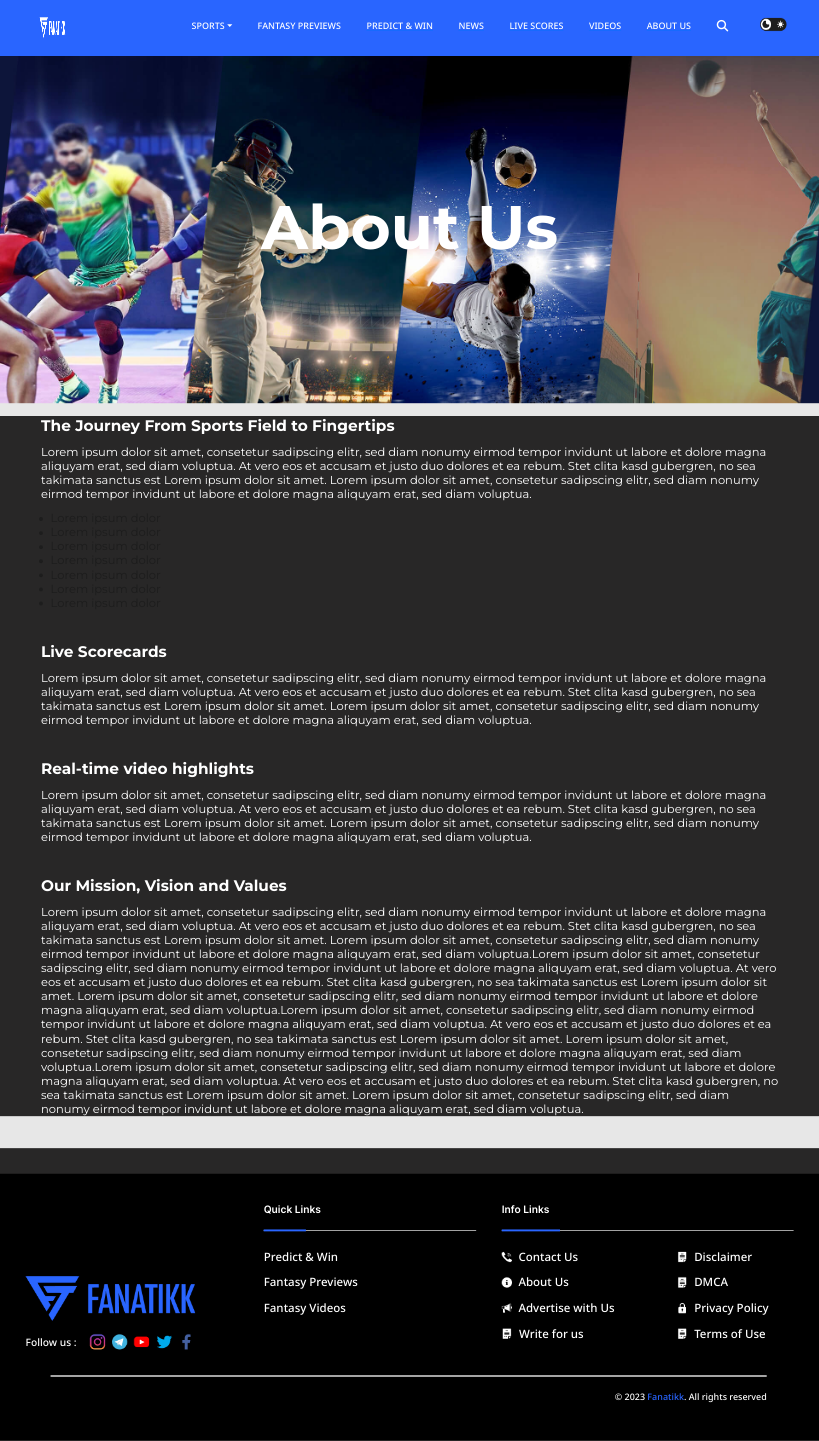
Repository: FlyweisReact/Kannapa
Page: /AboutUs
The author's editor kept a copy of each file at every save. The page is drawn from the files as they stood at one save, then again after a run of saves.
The browser window is 1280 px wide. The pictures show the whole page, at 64% of full size.
Some web libraries are served in a nearby version. The project was rebuilt for these pictures with package versions that can differ from the ones it lists, and the page was loaded fresh each time. Also part of the build but not shown: src/Components/secondScreen.jsx, src/Components/Layout/FadingNav/FadingCategory.js, src/Components/Modal/LoginModal.js, src/Components/Modal/SignupModal.js, src/Components/Layout/FadingNav/FadingNav.js, src/Components/Layout/FadingNav/Header1.js, src/Components/Sliders/Blog-Slider.js, src/Components/Sliders/ScoreCard.js and 16 more.

Above is the page before, as saved 2023-06-19 17:48:45.

### public/index.html
<!-- @format -->

<!DOCTYPE html>
<html lang="en">
  <head>
    <meta charset="utf-8" />
    <link rel="icon" href="%PUBLIC_URL%/favicon.ico" />

    <meta
      name="viewport"
      content="user-scalable=no, width=device-width, initial-scale=1.0"
    />
    <meta name="apple-mobile-web-app-capable" content="yes" />

    <meta name="theme-color" content="#000000" />
    <meta
      name="description"
      content="Web site created using create-react-app"
    />
    <link rel="apple-touch-icon" href="%PUBLIC_URL%/logo192.png" />

    <link rel="manifest" href="%PUBLIC_URL%/manifest.json" />
    <link
      href="https://fonts.googleapis.com/css2?family=Roboto+Mono:ital,wght@1,300&display=swap"
      rel="stylesheet"
    />
    <title>FANATIKK</title>
  </head>
  <body>
    <noscript>You need to enable JavaScript to run this app.</noscript>
    <div id="root"></div>
    <script src="https://code.jquery.com/jquery-3.6.0.min.js"></script>
    <script
      src="https://kit.fontawesome.com/b533b351e4.js"
      crossorigin="anonymous"
    ></script>
  </body>
</html>

### src/index.css
/* Fonts */
@font-face {
  font-family:  Noto Sans;
  src: url(../Fonts/NotoSans-Medium.ttf);
}
@font-face {
  font-family:  Montserrat;
  src: url(../Fonts/Montserrat-Italic-VariableFont_wght.ttf);
}
@font-face {
  font-family:  MontserratNormal;
  src: url(../Fonts/Montserrat-VariableFont_wght.ttf);
}
@font-face {
  font-family:  Inter;
  src: url(../Fonts/Inter-VariableFont_slnt\,wght.ttf);
}
@font-face {
  font-family:  CalgaryDemo;
  src: url(../Fonts/CalgaryDemo/Calgary_DEMO.ttf);
}

/* Var() */
:root {
  --mediumFont: 24px;

}



body {
  font-family: Noto Sans;
  scroll-behavior: smooth;
  overflow-x: hidden !important;
  width: 100%;
  max-width: 100%;
  position: relative;
  background-color: #e7e7e7;
}

html{
  font-family: Noto Sans;
  scroll-behavior: smooth;
}






/* Dark Mode */
.dark-mode {
  background-color:#282727 !important;
  color: #fff !important;
}
.dark-mode tbody tr td{
  background-color:#282727 !important;
  color: #fff !important;
}

.dark-mode .DropDown{
  color: #fff !important;
}
.dark-mode .Left_Container .Item p{
  color: #fff !important;
}
.dark-mode .Main_Item .desc{
  color: #fff !important;
}
.dark-mode .Main_Item .Video_Slider_Dark_P{
  color: #fff ;
}
.dark-mode  .Pagination_Div_Dark_P{
  background-color: #2E2D30 ;
  color: #fff ;
}
.dark-mode .Fantasy_Dark_Select{
  background-color: #1D1D1D;
  color: rgba(255, 255, 255, 0.5)!important;
}
.dark-mode .Left_Comp .date{
  color: #fff  !important;
}
.dark-mode .Left_Comp .desc{
  color: #fff  !important;
}
.dark-mode .Left_Comp .head{
  color: #fff  !important;
}
.dark-mode .Left_Comp .two p{
  color: #fff  !important;
}
.dark-mode   .Item .date{
  color: #fff  !important;
}
.dark-mode   .Item .desc{
  color: #fff  !important;
}
.dark-mode   .Item .head{
  color: #fff  !important;
}
.dark-mode   .Item .two p{
  color: #fff  !important;
}
.dark-mode .Third5_Dark_p{
  color: #fff !important;
}

.dark-mode .third6itm{
  background-color: #282727 !important;
}
.dark-mode .third6itm h4{
  color: #fff !important;
}
.dark-mode .third6itm p{
  color: #fff !important;
}
.dark-mode .third6itm h5{
  color: #fff !important;
}
.dark-mode .third6itm button{
  color: #000 !important;
  background-color: #fff !important;
}
.dark-mode .third10 h4{
  color: #fff  !important;
}
.dark-mode .third10 p{
  color: #fff  !important;
}
.dark-mode .Merge_In .third15 h4{
  color: #fff  !important;
}
.dark-mode .Merge_In .third15 p{
  color: #fff  !important;
}
.dark-mode .Live_Score_Two_Sec .Left_Comp p{
  color: #fff !important;
}
.dark-mode .Live_Score_Two_Sec .Left_Comp button{
  background-color: transparent ;
}
.dark-mode .Live_Score_Two_Sec .Left_Comp .Two_Sec_Div .Item{
  background-color: transparent ;
}
.dark-mode .Live_Score_Two_Sec .Left_Comp .Two_Sec {
  border-bottom: 1px solid #fff;
}

.dark-mode .AboutUs_Content p{
  color: #fff !important;
}

### src/CSS/Navbar.css
/**
 * === navbar styling ====
 *
 * @format
 */
.Stick-navbar {
  height: 100%;
  transition: box-shadow 0.3s ease;
  height: 80px;
}
.Navbar {
  display: flex;
  justify-content: space-between;
  background: #2965ff;
  padding: 20px;
  width: 100%;
  gap: 20px;
  position: fixed;
  top: 0;
  z-index: 999;
  transition: box-shadow 0.3s ease;
  align-items: center;
  box-sizing: border-box;
}
.Navbar .Right_Container .fa-bars {
  display: none;
}
.Navbar .Left_Container {
  width: 30%;
}
.Navbar .Left_Container .Logo_Div {
  display: flex;
  gap: 10px;
  justify-content: center;
  align-items: center;
  cursor: pointer;
}
.Navbar .Left_Container .Logo_Div p {
  color: #fff;
  font-size: var(--mediumFont);
  margin: 0;
  cursor: pointer;
}


.Navbar .Right_Container {
  width: 70%;
  display: flex;
  justify-content: center;
  gap: 40px;
}
.Navbar .Right_Container .Item {
  display: flex;
  justify-content: baseline;
}
.Navbar .Right_Container .Item a {
  text-decoration: none;
}
.Navbar .Right_Container .Item p {
  font-size: 16px;
  cursor: pointer;
  color: #ffffff;
  padding-top: 2px;
  font-family: Noto Sans;
  font-weight: 500;
}

.Navbar .Right_Container .Item .DropDown {
  border: none;
  color: #fff;
  font-size: 17px;
  cursor: pointer;
  color: #ffffff;
  margin: 0;
  padding: 0;
  font-weight: 500;
  font-family: Noto Sans;
}
.Navbar .Right_Container .Item .fa-magnifying-glass {
  color: #fff;
  font-size: 18px;
  cursor: pointer;
  padding-top: 7px;
}
.Navbar .Right_Container .Item .Toggle {
  width: 55px;
  height: 21px;
  display: flex;
  justify-content: space-between;
  align-items: center;
  padding-left: 5px;
  padding-right: 5px;
  border-radius: 10px;
  background-color: #fff;
  border: 1px solid #fff;
  cursor: pointer;
  align-items: center;
  margin-top: 8px;
}

/* Header 2 */
.Header1 {
  background-image: url("../../public/Images/22.png");
  color: #ffffff;
  width: 100%;
  background-repeat: no-repeat;
  background-size: cover;
  height: 119px;
  padding: 20px;
}
.Header1 .Main {
  display: flex;
  align-items: center;
  justify-content: center;
  gap: 30px;
}
.Header1 .Main p {
  margin: 0;
}
.Header1 .Main .Head {
  font-family: MontserratNormal;
  font-weight: 600;
  font-size: 17px;
  color: #ffffff;
}
.Header1 .Main .logo {
  cursor: pointer;
}

.Header1 .Main .Two {
  display: flex;
  gap: 10px;
  margin-top: 10px;
  align-items: center;
}
.Header1 .Main .Two p {
  font-family: MontserratNormal;
  font-style: normal;
  font-weight: 400;
  font-size: 17px;
  line-height: 17px;
  color: #ffffff;
}
.Header1 .Main .Social {
  display: flex;
  gap: 10px;
  align-items: center;
}

/* Fading Navbar */

.Fading_Nav {
  display: flex;
  justify-content: space-between;
  background: #2965ff;
  padding: 30px;
  width: 100%;
  gap: 20px;
  align-items: center;
  padding-left: 5%;
  padding-right: 5%;
}

.Fading_Nav .Left_Container {
  width: 30%;
}
.Fading_Nav .Left_Container .Logo_Div {
  display: flex;
  gap: 10px;
  justify-content: flex-start;
  align-items: center;
  cursor: pointer;
}
.Fading_Nav .Left_Container .Logo_Div p {
  color: #fff;
  font-size: var(--mediumFont);
  margin: 0;
}
/* .Fading_Nav .Left_Container .Logo_Div img {
  width: 47.73px;
  height: 40px;
} */

.Fading_Nav .Right_Container {
  width: 70%;
  display: flex;
  justify-content: flex-end;
  gap: 20px;
  align-items: center;
}
.Fading_Nav .Right_Container button {
  font-family: MontserratNormal;
  font-style: normal;
  font-weight: 600;
  width: 83px;
  height: 37px;
  border-radius: 10px;
  font-size: 15px;
  line-height: 19px;
  color: #2965ff;
  background-color: #fff;
  border: 1px solid #fff;
  cursor: pointer;
}
.Fading_Nav .Right_Container .Toggle {
  width: 51.43px;
  height: 19.03px;
  display: flex;
  justify-content: space-between;
  align-items: center;
  padding-left: 5px;
  padding-right: 5px;
}

/* Fading Category */
.Fading_Category {
  display: flex;
  justify-content: space-between;
  padding: 20px;
  background-color: #fff;
  padding-left: 5%;
  padding-right: 5%;
  color: #000;
}
.Fading_Category .Left_Container {
  display: flex;
  justify-content: space-between;
  width: 60%;
}

.Fading_Category .Left_Container .Item {
  display: flex;
  justify-content: baseline;
}
.Fading_Category .Left_Container a {
  text-decoration: none;
}

.Fading_Category .Left_Container .Item p {
  font-size: 16px;
  cursor: pointer;
  color: #000;
  padding-top: 2px;
  font-family: Noto Sans;
  font-style: normal;
  font-weight: 700;
}

.Fading_Category .Left_Container .Item .DropDown {
  border: none;
  font-size: 17px;
  cursor: pointer;
  color: #000;
  margin: 0;
  padding: 0;
  border: none;
  font-family: Noto Sans;
  font-style: normal;
  font-weight: 700;
}

.Fading_Category .Right_Container i {
  font-size: 20px;
  padding-top: 7px;
  cursor: pointer;
}

/* Fading Effect */
.HomePage {
  min-height: 200vh;
}
.fade-out {
  opacity: 0;
  transition: opacity 0.5s;
  height: 0;
  overflow: hidden;
}
.fade-in {
  opacity: 1;
  transition: opacity 0.5s;
  height: auto;
  overflow: hidden;
  width: 100%;
}

.DropDown_Item {
  color: #fff !important ;
}
.DropDown_Item:hover {
  background-color: transparent !important;
}

/* ------------ */
.Fading_Nav .Right_Container .fa-bars {
  display: none;
}

/* Mobile Bar */
.Mobile_Bar {
  background-color: #2965ff !important;
  color: #fff !important;
}
.Mobile_Bar .offcanvas-body .Close_Button {
  color: #fff !important;
  display: flex;
  justify-content: flex-end;
}
.Mobile_Bar .offcanvas-body .Close_Button i {
  cursor: pointer;
  font-size: 20px;
}
.Mobile_Bar .offcanvas-body .Item {
  display: block;
  margin-top: 20px;
}
.Mobile_Bar .offcanvas-body .Item a {
  text-decoration: none;
}
.Mobile_Bar .offcanvas-body .Item p {
  font-size: 16px;
  cursor: pointer;
  color: #fff;
}

.Mobile_Bar .offcanvas-body .Item .DropDown {
  border: none;
  color: #fff;
  font-size: 16px;
  cursor: pointer;
  color: #ffffff;
  margin: 0;
  padding: 0;
}
.Mobile_Bar .offcanvas-body .Item .fa-magnifying-glass {
  color: #fff;
  font-size: 18px;
  cursor: pointer;
  padding-top: 7px;
}
.Mobile_Bar .offcanvas-body .Item .Toggle {
  width: 60px;
  height: 25px;
  display: flex;
  justify-content: space-between;
  align-items: center;
  padding-left: 5px;
  padding-right: 5px;
  border-radius: 10px;
  background-color: #fff;
  border: 1px solid #fff;
  cursor: pointer;
  align-items: center;
  margin-top: 8px;
}
.Mobile_Bar .offcanvas-body .LoginBtn {
  font-family: MontserratNormal;
  font-style: normal;
  font-weight: 600;
  width: 100%;
  margin-top: 20px;
  height: 37px;
  border-radius: 10px;
  font-size: 15px;
  line-height: 19px;
  color: #2965ff;
  background-color: #fff;
  border: 1px solid #fff;
  cursor: pointer;
}

.Toggle_Image {
  width: 51px;
  height: 21px;
  margin-top: 8px;
  cursor: pointer;
}

### src/CSS/Footer.css
/** @format */

.Footer {
  background-color: #000000;
  color: #fff;
  padding: 20px;
  padding-bottom: 40px;
}
.Footer .Upper_Footer {
  display: flex;
  align-items: flex-start;
  justify-content: space-evenly;
}
.Footer .Upper_Footer .Left_Comp {
  width: 20%;
  padding: 20px;
  align-self: flex-end;
}
.Footer .Upper_Footer .Mid_Comp {
  width: 20%;
  padding: 20px;
}
.Footer .Upper_Footer .Right_Comp {
  width: 40%;
  padding: 20px;
}

.Footer .Upper_Footer .Left_Comp .Social_Div {
  display: flex;
  gap: 20px;
  align-items: center;
  padding-top: 20px;
}
.Footer .Upper_Footer .Left_Comp .Social_Div div {
  display: flex;
  gap: 10px;
  align-items: center;
}
.Footer .Upper_Footer .Left_Comp .Social_Div p {
  margin: 0;
  font-family: Noto Sans;
  font-size: 18.9125px;
}

.Footer .Upper_Footer .Upper_Div {
  position: relative;
  border-bottom: 1px solid #fff;
}
.Footer .Upper_Footer .Upper_Div p {
  font-family: Inter;
  font-style: normal;
  font-weight: 600;
  font-size: 16px;
  line-height: 32px;
  color: #ffffff;
}
.Footer .Upper_Footer .Upper_Div .empty {
  position: absolute;
  background-color: #2965ff;
  width: 20%;
  height: 3px;
  bottom: -2px;
  z-index: 1;
}
.Footer .Upper_Footer .Mid_Comp ul {
  list-style: none;
  padding-top: 10px;
  padding-left: 0;
}
.Footer .Upper_Footer .Mid_Comp ul li {
  margin-top: 20px;
  font-family: Noto Sans;
  font-size: 18px;
  cursor: pointer;
  line-height: 20px;
}
.Footer .Upper_Footer .Right_Comp .Ul_Merge {
  display: flex;
  justify-content: space-between;
  align-items: center;
}

.Footer .Upper_Footer .Right_Comp .Ul_Merge ul {
  list-style: none;
  padding-top: 10px;
  padding-left: 0;
  width: 40%;
}
.Footer .Upper_Footer .Right_Comp .Ul_Merge ul li {
  margin-top: 20px;
  font-family: Noto Sans;
  font-size: 18px;
  cursor: pointer;
  line-height: 20px;
  display: flex;
  gap: 10px;
  align-items: center;
}
.Footer .Bottom_Footer {
  margin-top: 20px;
  display: flex;
  flex-direction: column;
  padding-right: 5%;
}
.Footer .Bottom_Footer .empty {
  background-color: #fff;
  width: 95%;
  display: block;
  margin: auto;
  height: 2px;
margin-left: 5%;
}
.Footer .Bottom_Footer p {
  align-self: flex-end;
  margin-top: 20px;
  font-family: Noto Sans;
font-style: normal;
font-weight: 400;
font-size: 14px;
line-height: 24px;
}
.Footer .Bottom_Footer p span{
    color: #2965FF;
}

### src/CSS/Responsive.css
/**
 * laptop
 *
 * @format
 */

@media screen and (min-width: 780px) and (max-width: 1500px) {
  /* -------------------- */
  .Navbar .Left_Container {
    width: 10%;
  }
  .Navbar .Left_Container .Logo_Div img {
    width: 40px;
    height: 33px;
  }
  .Navbar .Left_Container .Logo_Div p {
    font-size: 20px;
  }
  .Navbar .Right_Container {
    width: 80%;
  }
  .Navbar .Right_Container .Item p {
    font-size: 14px;
    padding-top: 10px;
  }
  .Navbar .Right_Container .Item .DropDown {
    font-size: 14px;
    padding-top: 10px;
  }
  .Navbar .Right_Container .Item .fa-magnifying-glass {
    padding-top: 12px;
  }
  .Navbar .Right_Container .Item .Toggle {
    margin-top: 13px;
  }
  /* ------------------------------- */

  .Fading_Category .Left_Container {
    width: 80%;
  }
  .ScoreCard_Slider {
    padding-left: 40px;
  }

  /* ------------------------------- */
  .Index_Three_Sec_Layout .left_Comp {
    width: 25%;
  }
  .Index_Three_Sec_Layout .Right_Comp {
    width: 25%;
  }

  .Index_Three_Sec_Layout .Mid_Comp {
    width: 50%;
  }

  .Index_Three_Sec_Layout .Right_Comp .Big_Div .Four_Button button {
    width: 25%;
  }
  .Blog_Slider {
    max-height: 550px;
  }
  .Blog_Slider .first .desc {
    top: 90% !important;
  }
  /* -------------------- */
  .Slider_Container_Div .Video_Slider .Main_Item {
    width: 350px !important;
    height: 270px !important;
  }
  /* ------------------------- */
  .Footer .Upper_Footer .Left_Comp {
    width: 30%;
  }
  .Footer .Upper_Footer .Mid_Comp {
    width: 30%;
  }
  .Footer .Upper_Footer .Left_Comp .Social_Div p {
    font-size: 16px;
  }
  /* ---------------------------------- */
  .Predict_Win .Left_Comp {
    width: 30%;
  }
  .Predict_Win .Right_Comp {
    width: 60%;
  }
  .Predict_Win .Left_Comp .first .title {
    width: 70%;
  }
  .Predict_Win .Left_Comp .second {
    height: 500px;
  }
  .Predict_Win .Left_Comp .Third img {
    width: 90%;
  }
  .Predict_Win .Right_Comp .Question_Div .Button_Div button {
    font-size: 16px;
  }
  .Predict_Win .Right_Comp .Question_Div .Question_Content_Div .two_sec p {
    font-size: 16px;
  }
  .Predict_Win
    .Right_Comp
    .Question_Div
    .Question_Content_Div
    .Two_Sec
    .first
    p {
    font-size: 16px;
  }
  .Predict_Win
    .Right_Comp
    .Question_Div
    .Question_Content_Div
    .Two_Sec
    .second
    p {
    font-size: 16px;
  }
  .Predict_Win
    .Right_Comp
    .Question_Div
    .Question_Content_Div
    .Two_Sec
    .second {
    padding: 5px;
  }
  .Predict_Win .Right_Comp .Question_Div .Last_Button_Div {
    padding-top: 20px;
  }
  /* -------------------------------------- */
  .Live_Score_Two_Sec .Left_Comp .third5 button {
    width: 20%;
  }
  .Live_Score_Two_Sec .Right_Comp .third9 button {
    width: 50%;
  }
  .Live_Score_Two_Sec .Right_Comp .third14 button {
    width: 70%;
  }
  /* ------------------ */
  .News_Two_Sec_layout .Mid_Comp {
    width: 70% !important;
  }
  .News_Two_Sec_layout .Mid_Comp .Min_Item .head {
    line-height: normal;
  }
  .News_Two_Sec_layout .Mid_Comp .Min_Item .content {
    width: 90%;
  }
  .News_Two_Sec_layout .Right_Comp {
    width: 30% !important;
  }
}

Loaded but not shown: src/App.css (common file); src/Components/Layout/Navbar.js (212 lines, source omitted); src/Pages/AboutUs.js (59 lines, source omitted); src/Components/Layout/Footer.js (107 lines, source omitted); src/App.js (67 lines, source omitted); src/Components/Modal/ContactModal.js (38 lines, source omitted); src/index.js (22 lines, source omitted); src/Components/MyContext.js (22 lines, source omitted); src/CSS/Component.css (2935 lines, source omitted); src/CSS/Mobile.css (618 lines, source omitted); src/CSS/Tab.css (402 lines, source omitted)

After the next 2 saves:
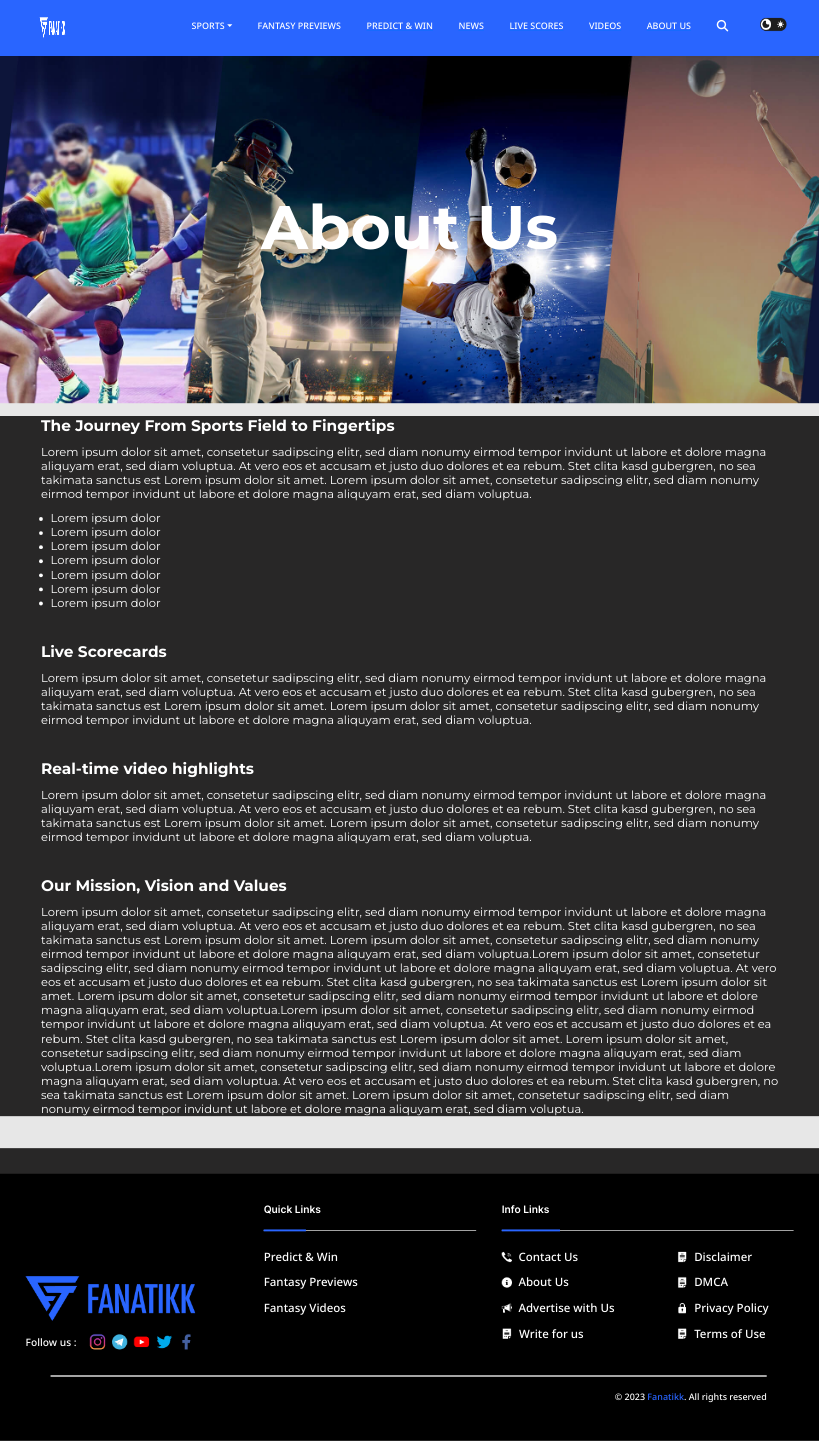
The 2 saves are shown as one change because they came seconds apart.
The last was saved 7 s later.
--- a/src/index.css
+++ b/src/index.css
@@ -150,3 +150,7 @@ html{
 .dark-mode .AboutUs_Content p{
   color: #fff !important;
 }
+
+.dark-mode .AboutUs_Content ul li{
+  color: #fff !important;
+}
